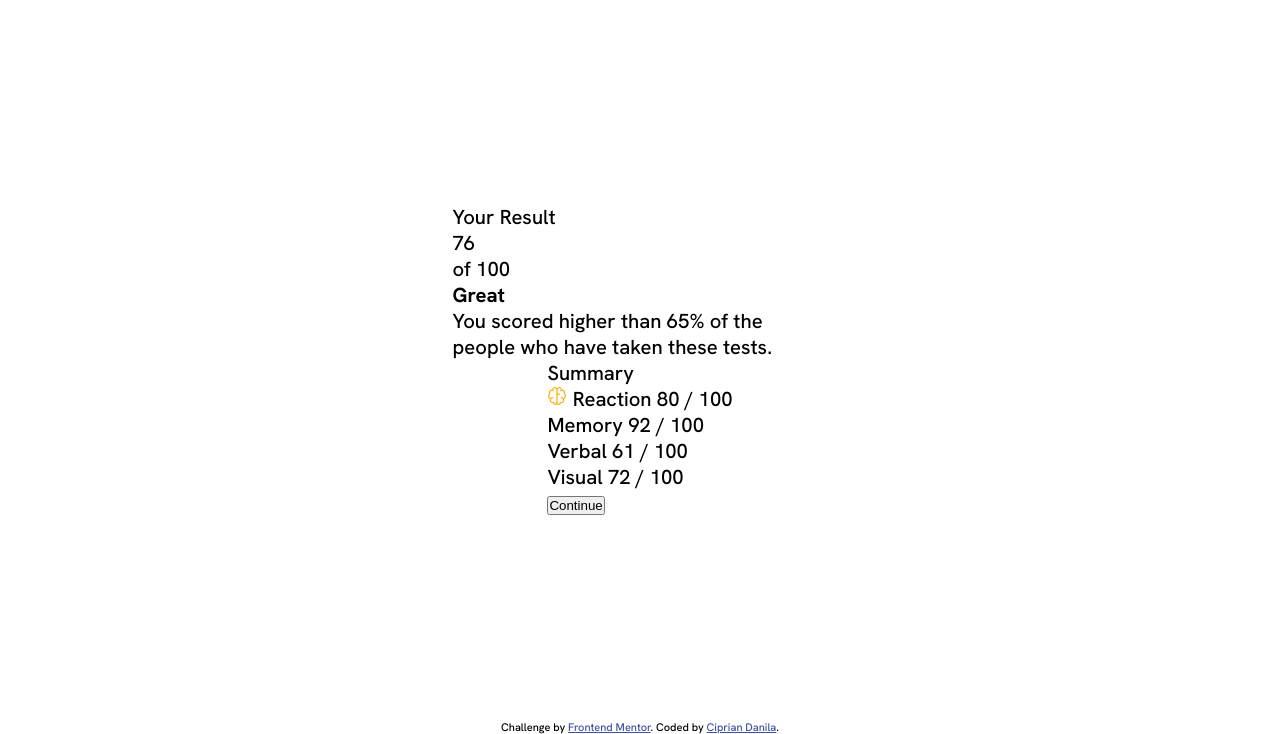
Repository: cipdanila/results-summary-component
Page: index.html
These files come from the project's save history. The page is drawn as it stood at one moment and after the next save; the edit follows.
The browser window is 1280 px wide. The pictures show the whole page.

Above is the page before, as saved 2024-02-02 20:22:40.

After the next save:
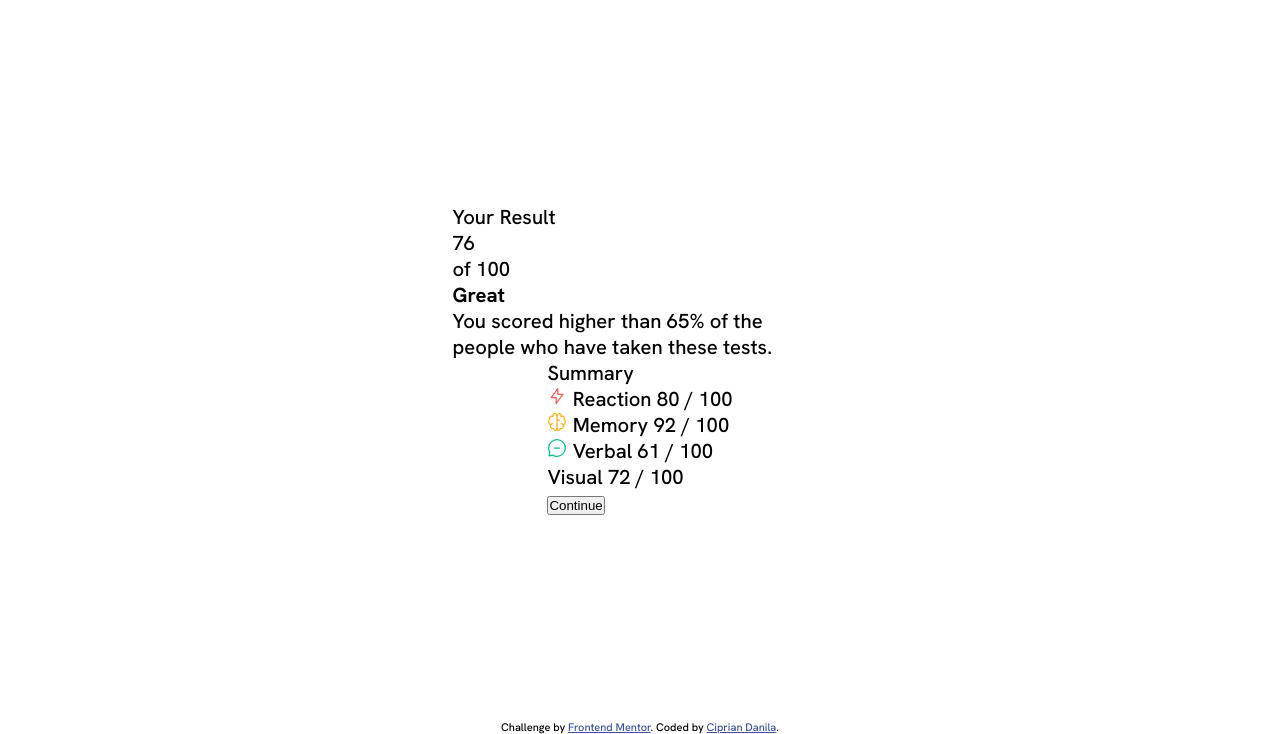
Saved 112 s later.
--- a/index.html
+++ b/index.html
@@ -24,10 +24,17 @@
                 <div class="summary">
                     <p id="summary">Summary</p>
                     <div class="reaction">
-                        <img src="./assets/images/icon-memory.svg" alt="">
-                        Reaction <span class="percent">80</span> / <span class="hundred">100</span></div>
-                    <div class="memory">Memory <span class="percent">92</span> / <span class="hundred">100</span></div>
-                    <div class="verbal">Verbal <span class="percent">61</span> / <span class="hundred">100</span></div>
+                        <img src="./assets/images/icon-reaction.svg" alt="raction icon" />
+                        Reaction <span class="percent">80</span> / <span class="hundred">100</span>
+                    </div>
+                    <div class="memory">
+                        <img src="./assets/images/icon-memory.svg" alt="memory icon" />
+                        Memory <span class="percent">92</span> / <span class="hundred">100</span>
+                    </div>
+                    <div class="verbal">
+                        <img src="./assets/images/icon-verbal.svg" alt="verbal icon" />
+                        Verbal <span class="percent">61</span> / <span class="hundred">100</span>
+                    </div>
                     <div class="visual">Visual <span class="percent">72</span> / <span class="hundred">100</span></div>
                     <button class="continue" type="button">Continue</button>
                 </div>
